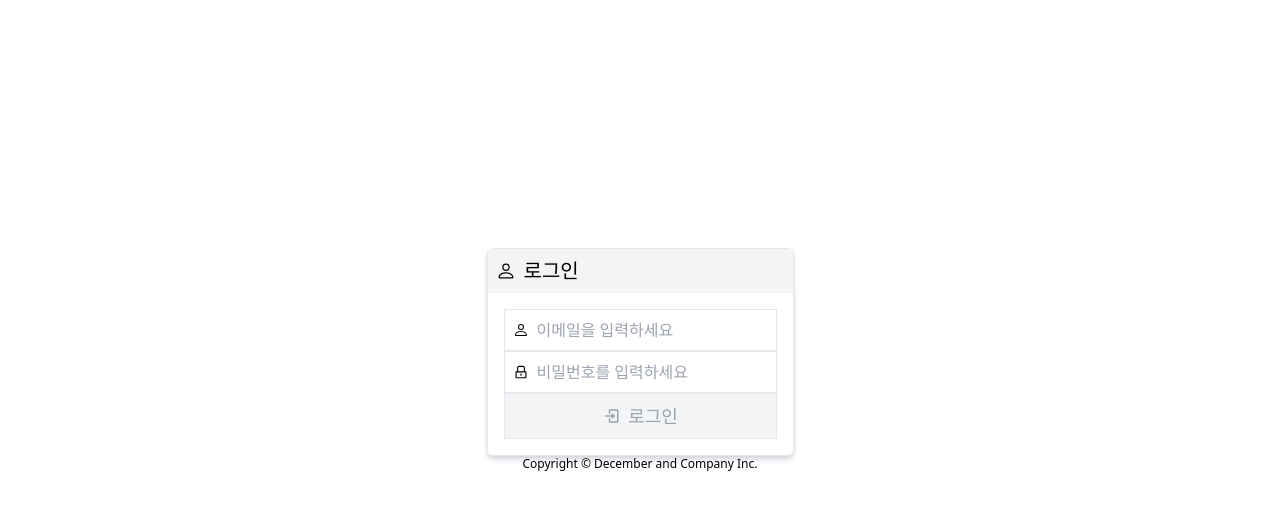
Repository: wanted-pre-onboarding-4/pre-onboarding-assignment-week-4-1-team-4
Page: /login (app in client/)
The author's editor kept a copy of each file at every save. The page is drawn from the files as they stood at one save, then again after a run of saves.
The browser window is 1280 px wide. The pictures show the whole page.
The project was rebuilt for these pictures with package versions that can differ from the ones it lists, and the page was loaded fresh each time. Also part of the build but not shown: client/src/components/Footer.jsx, client/src/components/Header.jsx, client/src/components/Sider.jsx, client/src/components/Layout.jsx.

Above is the page before, as saved 2022-09-20 21:21:38.

### client/src/index.js
import React from 'react';
import ReactDOM from 'react-dom/client';
import App from './App';
import "./index.css"
const root = ReactDOM.createRoot(document.getElementById('root'));
root.render(
  <React.StrictMode>
    <App />
  </React.StrictMode>
);

### client/src/App.js
import { BrowserRouter as Router, Routes, Route } from 'react-router-dom';
import Layout from './components/Layout';
import Login from './pages/login/Login';

function App() {
  return (
    <Router>
      <Routes>
        <Route path="/login" element={<Login/>} />
        <Route element={<Layout />}>
          <Route path="/" element={<div>홈</div>} />
          <Route path="/users" element={<div>유저 목록 페이지</div>} />
          <Route path="/users/:user_id" element={<div>유저 상세 페이지</div>} />
          <Route path="/accounts" element={<div>계좌 목록 페이지</div>} />
          <Route path="/accounts/:account_id" element={<div>계좌 상세 페이지</div>} />
          <Route path="*" element={<div>404페이지</div>} />
        </Route>
      </Routes>
    </Router>
  );
}

export default App;

### client/src/index.css
#root{
  display: flex;
  height:100vh;
}

@tailwind base;
@tailwind components;
@tailwind utilities;

### client/src/pages/login/Login.jsx
import React from 'react';
import { BsPerson } from 'react-icons/bs';
import { AiOutlineLock } from 'react-icons/ai';
import { BiLogIn } from 'react-icons/bi';

const Login = () => {
  return (
    <div className='flex flex-col justify-center items-center w-full'>
      <div className='border-solid border-[1px] rounded-md shadow-md shadow-gray-300'>
        <div className="flex items-center justify-start space-x-2 p-2 font-medium text-xl bg-gray-100">
          <BsPerson />
          <h1>로그인</h1>
        </div>
        <form className='p-4'>
          <label className="flex items-center space-x-2 border-solid border-[1px] p-2">
            <BsPerson />
            <input type="email" placeholder="이메일을 입력하세요" className='outline-none' />
          </label>
          <label className="flex items-center space-x-2 border-solid border-[1px] p-2">
            <AiOutlineLock />
            <input type="password" placeholder="비밀번호를 입력하세요" className='outline-none' />
          </label>
          <button
            className="flex items-center justify-center space-x-2 w-full text-lg border-solid border-[1px] p-2 disabled:text-gray-400 disabled:bg-gray-100"
            disabled={true}
          >
            <BiLogIn />
            <span>로그인</span>
          </button>
        </form>
      </div>
        <p className='text-xs'>Copyright © December and Company Inc.</p>
    </div>
  );
};

export default Login;

Loaded but not shown: client/public/index.html (common file); client/tailwind.config.js (common file)

After the next 2 saves:
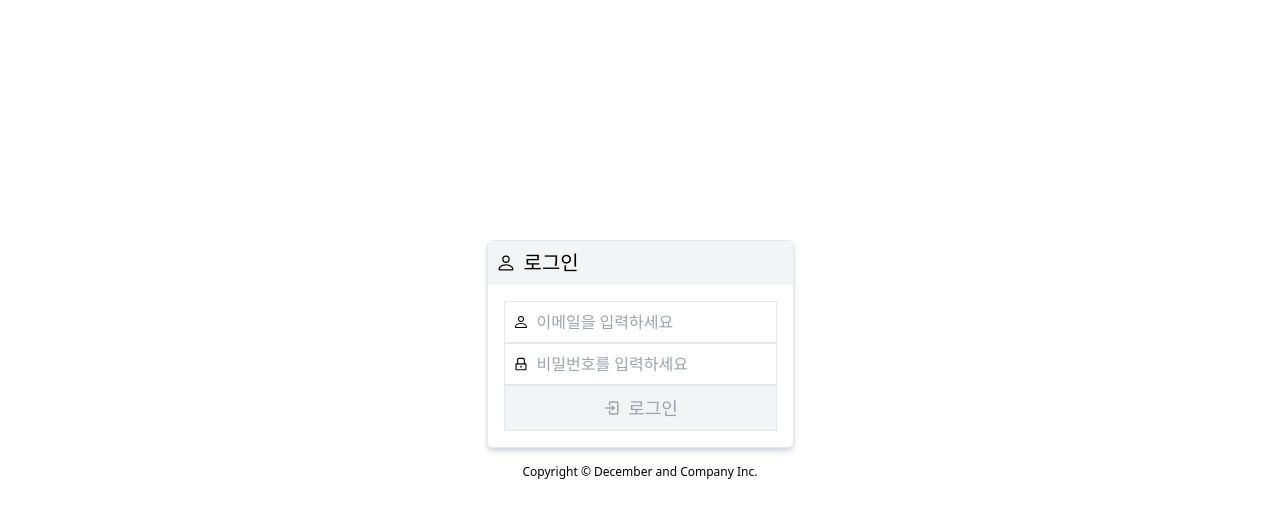
The 2 saves are shown as one change because they came seconds apart.
The last was saved 15 s later.
--- a/client/src/pages/login/Login.jsx
+++ b/client/src/pages/login/Login.jsx
@@ -5,7 +5,7 @@ import { BiLogIn } from 'react-icons/bi';
 
 const Login = () => {
   return (
-    <div className='flex flex-col justify-center items-center w-full'>
+    <div className='flex flex-col justify-center items-center w-full gap-y-4'>
       <div className='border-solid border-[1px] rounded-md shadow-md shadow-gray-300'>
         <div className="flex items-center justify-start space-x-2 p-2 font-medium text-xl bg-gray-100">
           <BsPerson />
